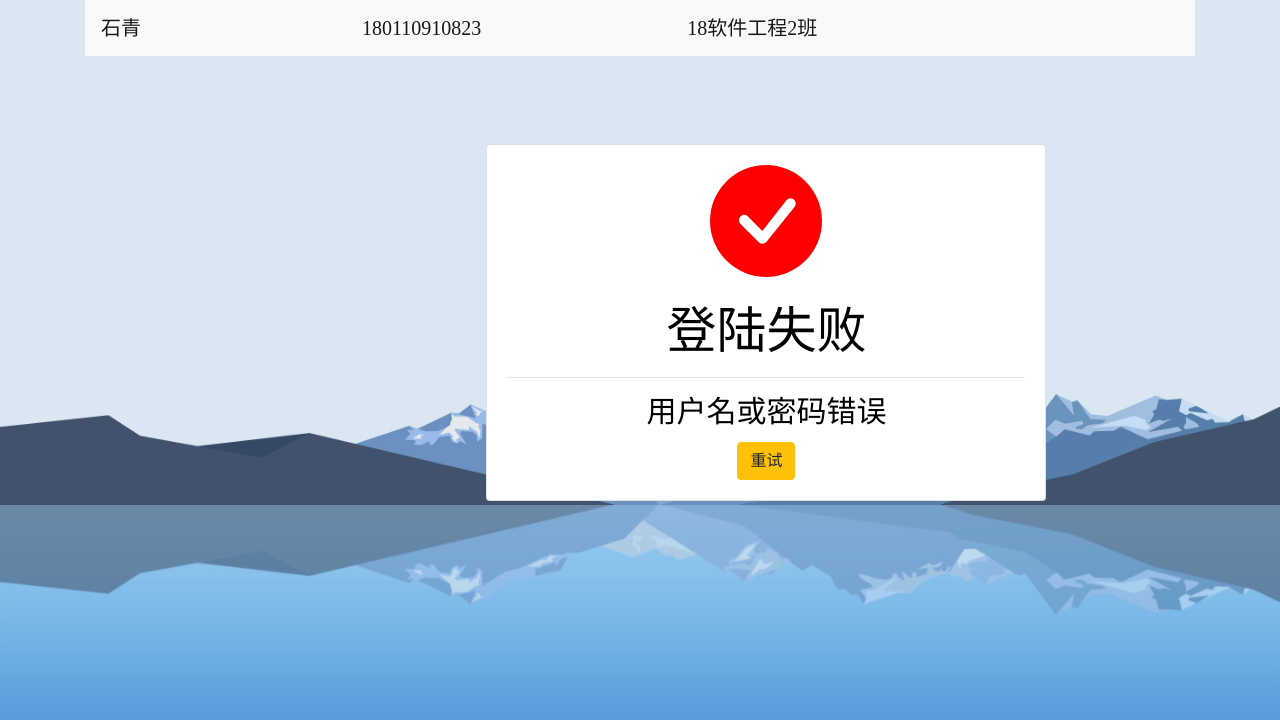
Repository: sqsssq/JavaWeb
Page: class1/IDEA/web/failure.html
An editor plug-in stored every save of this project. The page is shown before and after the next save, followed by the edit.
The browser window is 1280 px wide. The pictures show the whole page.

Above is the page before, as saved 2020-09-25 01:03:06.

After the next save:
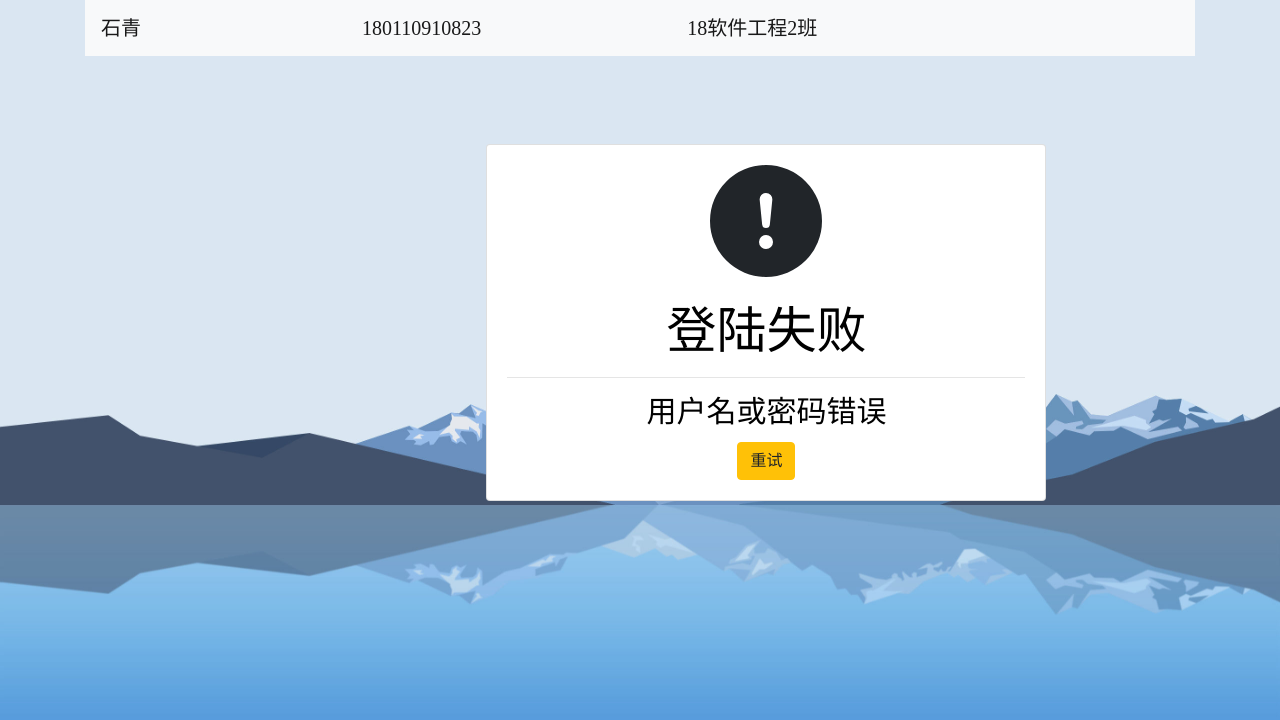
Saved 47 s later.
--- a/class1/IDEA/web/failure.html
+++ b/class1/IDEA/web/failure.html
@@ -1,7 +1,7 @@
 <!--
  * @Author: your name
  * @Date: 2020-09-23 10:46:47
- * @LastEditTime: 2020-09-25 01:03:03
+ * @LastEditTime: 2020-09-25 01:03:53
  * @LastEditors: Please set LastEditors
  * @Description: In User Settings Edit
  * @FilePath: \IDEA\web\successful.html
@@ -58,11 +58,14 @@
                 <div class="card-body" style="text-align: center;">
 
                     <!-- <img src="..." class="card-img-top" alt="..."> -->
-                    <svg width="7em" height="7em" viewBox="0 0 16 16" class="bi bi-exclamation-circle-fill" fill="red"
+                    <!-- <svg width="7em" height="7em" viewBox="0 0 16 16" class="bi bi-exclamation-circle-fill" fill="red"
                         xmlns="http://www.w3.org/2000/svg">
                         <path fill-rule="evenodd"
                             d="M16 8A8 8 0 1 1 0 8a8 8 0 0 1 16 0zm-3.97-3.03a.75.75 0 0 0-1.08.022L7.477 9.417 5.384 7.323a.75.75 0 0 0-1.06 1.06L6.97 11.03a.75.75 0 0 0 1.079-.02l3.992-4.99a.75.75 0 0 0-.01-1.05z" />
-                    </svg>
+                    </svg> -->
+                    <svg width="7em" height="7em" viewBox="0 0 16 16" class="bi bi-exclamation-circle-fill" fill="currentColor" xmlns="http://www.w3.org/2000/svg">
+                        <path fill-rule="evenodd" d="M16 8A8 8 0 1 1 0 8a8 8 0 0 1 16 0zM8 4a.905.905 0 0 0-.9.995l.35 3.507a.552.552 0 0 0 1.1 0l.35-3.507A.905.905 0 0 0 8 4zm.002 6a1 1 0 1 0 0 2 1 1 0 0 0 0-2z"/>
+                      </svg>
                     <br> <br>
                     <h3 class="card-title" style="color: black; font-size: 50px;">登陆失败</h3>
                     <hr>
